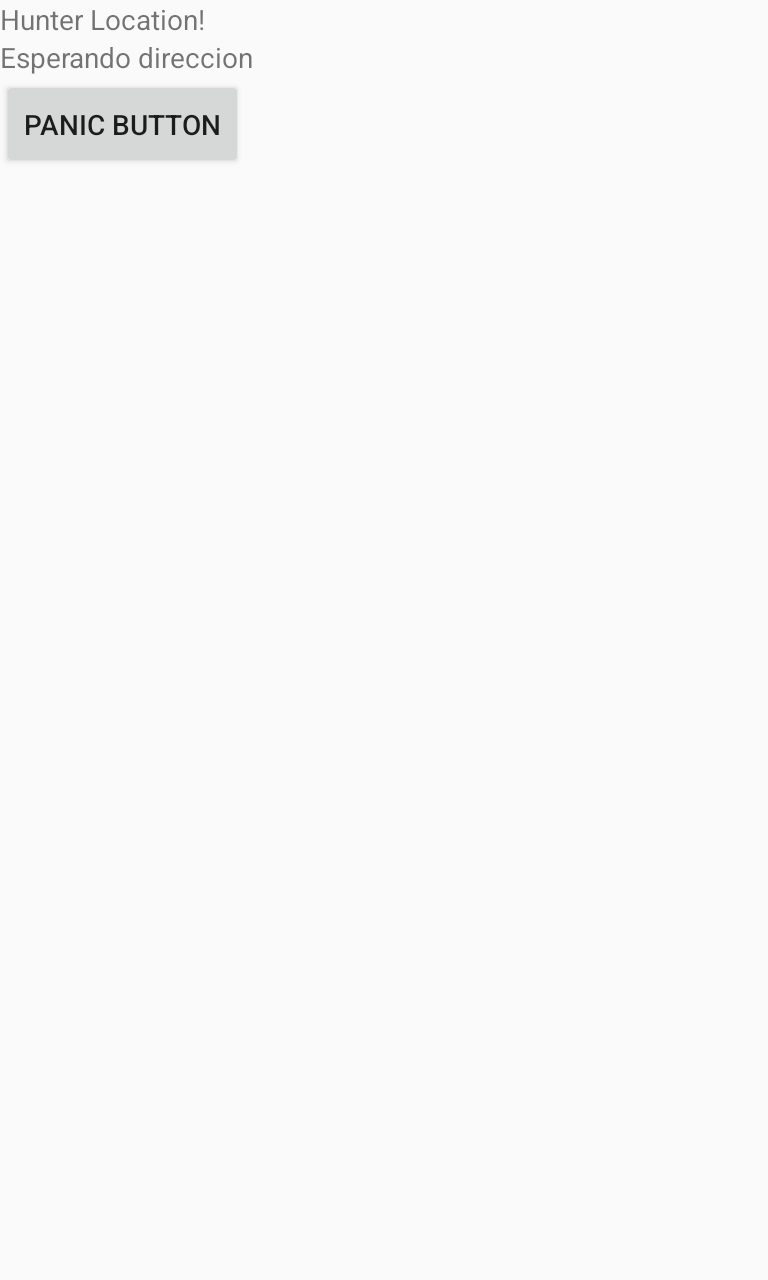
Repository: aludena18/android_apps
Layout: AlarmServiceLocation/res/layout/activity_main.xml
These files come from the project's save history. The layout is drawn as it stood at one moment and after the next save; the edit follows.
It is drawn on a 768 x 1280 px phone screen (xhdpi) without system bars, with theme AppTheme; the app's code is not run.

Above is the layout before, as saved 2015-07-14 23:37:43.

### AlarmServiceLocation/res/layout/activity_main.xml
<LinearLayout xmlns:android="http://schemas.android.com/apk/res/android"
    xmlns:tools="http://schemas.android.com/tools"
    android:layout_width="match_parent"
    android:layout_height="match_parent"
    android:orientation="vertical"
    tools:context="com.alg.alarmservicelocation.MainActivity" >

    <TextView
        android:layout_width="wrap_content"
        android:layout_height="wrap_content"
        android:text="@string/hello_world" />

    <TextView
        android:id="@+id/txvDireccion"
        android:layout_width="wrap_content"
        android:layout_height="wrap_content"
        android:text="@string/etqTxvDireccion" />

    <Button
        android:id="@+id/btnPanic"
        android:layout_width="wrap_content"
        android:layout_height="wrap_content"
        android:text="@string/etqBtnPanic"
        />

</LinearLayout>

### AlarmServiceLocation/res/values/strings.xml
<?xml version="1.0" encoding="utf-8"?>
<resources>

    <string name="app_name">Alarm Service Location</string>
    <string name="hello_world">Hunter Location!</string>
    <string name="action_settings">Settings</string>

    <string name="etqBtnPanic">Panic Button</string>
    <string name="etqTxvDireccion">Esperando direccion</string>

</resources>

Loaded but not shown: AlarmServiceLocation/res/values/styles.xml (common file); AlarmServiceLocation/res/values-v11/styles.xml (common file); AlarmServiceLocation/res/values-v14/styles.xml (common file)

After the next save:
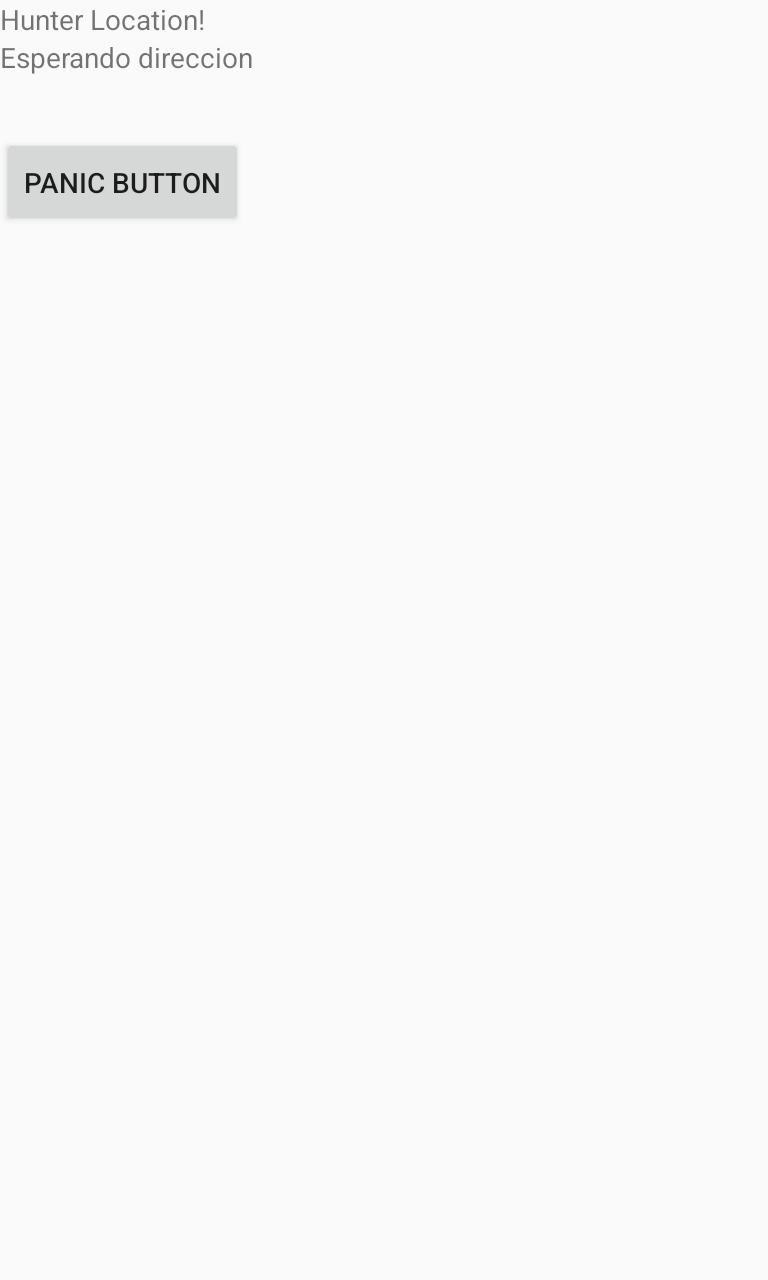
Saved 14 h 58 min later.
--- a/AlarmServiceLocation/res/layout/activity_main.xml
+++ b/AlarmServiceLocation/res/layout/activity_main.xml
@@ -10,17 +10,26 @@
         android:layout_height="wrap_content"
         android:text="@string/hello_world" />
 
-    <TextView
-        android:id="@+id/txvDireccion"
+    <LinearLayout
         android:layout_width="wrap_content"
         android:layout_height="wrap_content"
-        android:text="@string/etqTxvDireccion" />
+        android:orientation="horizontal" >
+        <TextView
+            android:id="@+id/txvDireccion"
+            android:layout_width="wrap_content"
+            android:layout_height="wrap_content"
+            android:text="@string/etqTxvDireccion" />
+
+        <ProgressBar
+            android:id="@+id/progressBar1"
+            android:layout_width="wrap_content"
+            android:layout_height="wrap_content" />
+    </LinearLayout>
 
     <Button
         android:id="@+id/btnPanic"
         android:layout_width="wrap_content"
         android:layout_height="wrap_content"
-        android:text="@string/etqBtnPanic"
-        />
+        android:text="@string/etqBtnPanic" />
 
 </LinearLayout>
